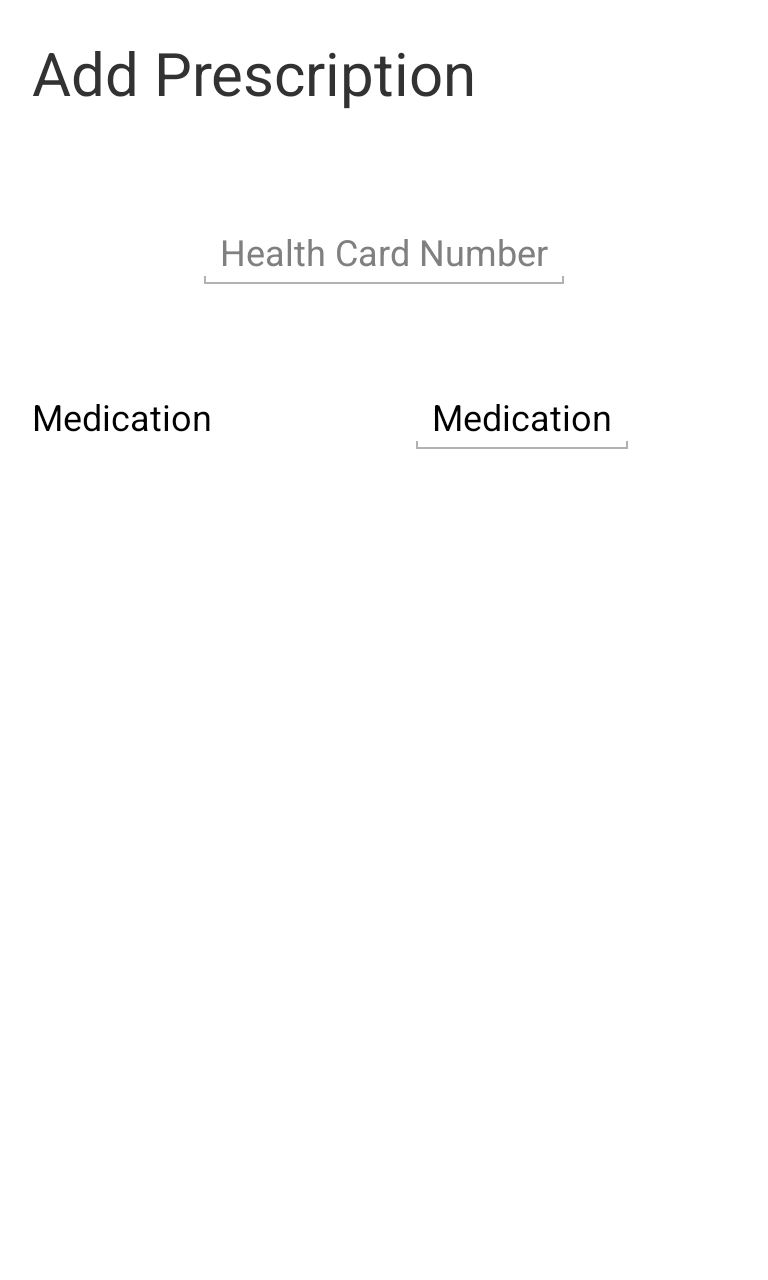
Repository: wangyuan0915/ER
Layout: workspace2/phase3/res/layout/activity_add_prescription.xml
The author's editor kept a copy of each file at every save. The layout is drawn from the files as they stood at one save, then again after the next save.
It is drawn on a 768 x 1280 px phone screen (xhdpi) without system bars, with theme AppTheme; the app's code is not run.

Above is the layout before, as saved 2013-11-24 20:36:20.

After the next save:
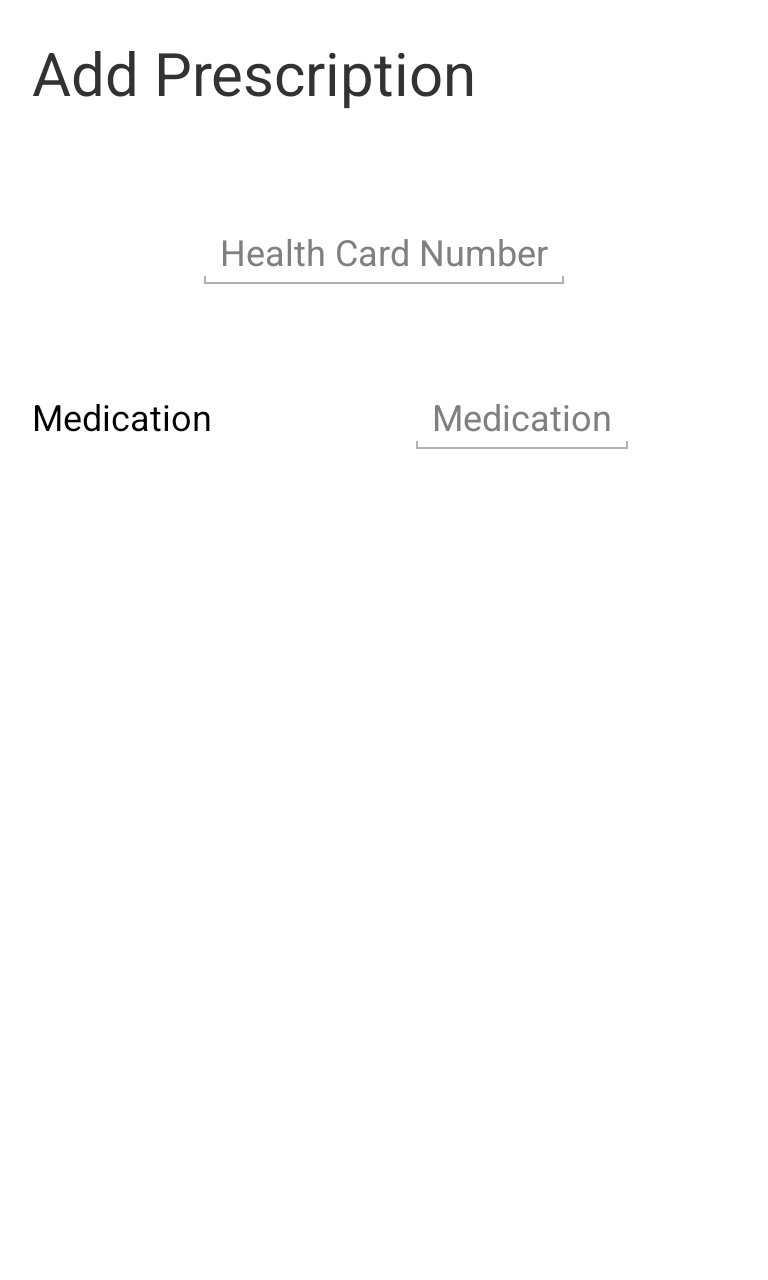
Saved 6 s later.
--- a/workspace2/phase3/res/layout/activity_add_prescription.xml
+++ b/workspace2/phase3/res/layout/activity_add_prescription.xml
@@ -43,7 +43,7 @@
         android:layout_alignBottom="@+id/Medication"
         android:layout_alignParentRight="true"
         android:layout_marginRight="50dp"
-        android:text="@string/Medication"
+        android:hint="@string/Medication"
         android:textAppearance="?android:attr/textAppearanceMedium" />
 
 </RelativeLayout>
